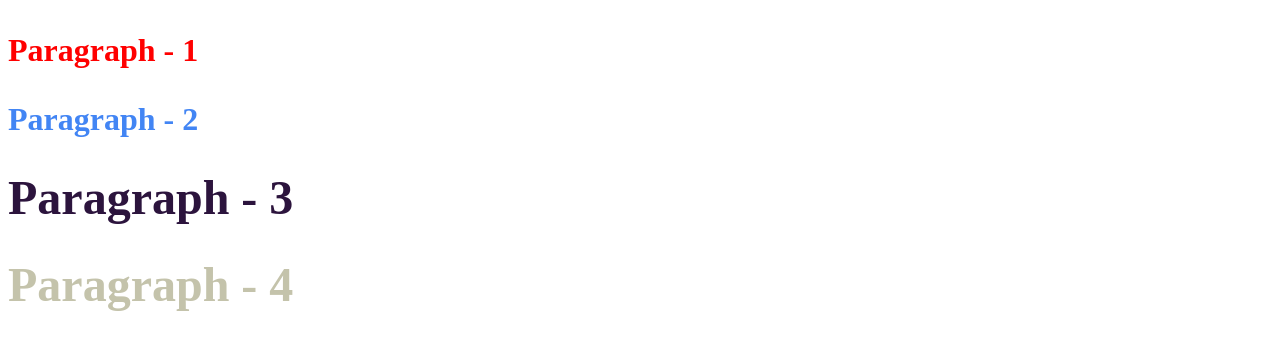
Repository: linas-dev/HTML-CSS-Projects
Page: Basic_HTML_and_JavaScript_1/Basic_HTML_1.html
These files come from the project's save history. The page is drawn as it stood at one moment and after the next save; the edit follows.
The browser window is 1280 px wide. The pictures show the whole page.

Above is the page before, as saved 2021-05-26 22:24:27.

After the next save:
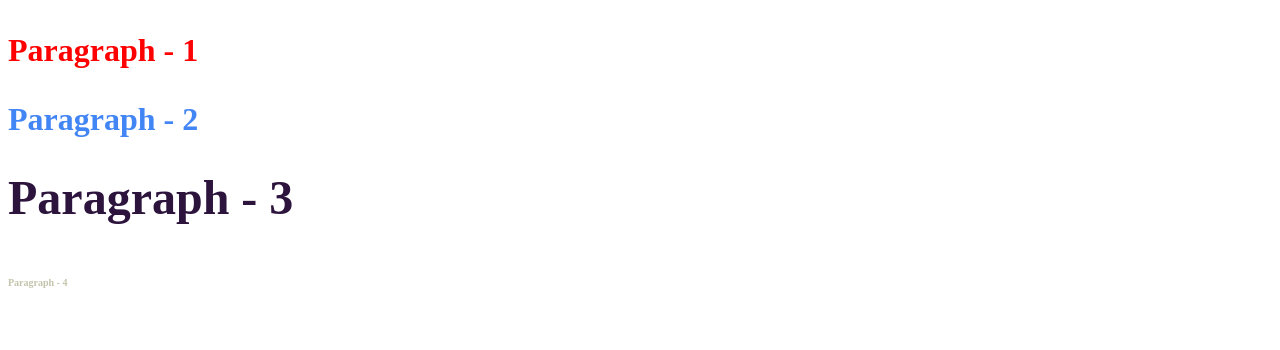
Saved 6 s later.
--- a/Basic_HTML_and_JavaScript_1/Basic_HTML_1.html
+++ b/Basic_HTML_and_JavaScript_1/Basic_HTML_1.html
@@ -10,7 +10,7 @@
     <h1><p><font color="red">Paragraph - 1</font></p></h1>
     <h1><p><font color="#4285F4">Paragraph - 2</font></p></h1>
     <h1><p><font color="#2C143D" face="Pattaya" size="8">Paragraph - 3</font></p></h1>
-    <h1><p><font color="#C4C3AB" face="ZCOOL KuaiLe" size="9">Paragraph - 4</font></p></h1>
+    <h1><p><font color="#C4C3AB" face="ZCOOL KuaiLe" size="1">Paragraph - 4</font></p></h1>
     <script src="Basic_JavaScript_1.js"></script>
 </body>
 </html>
